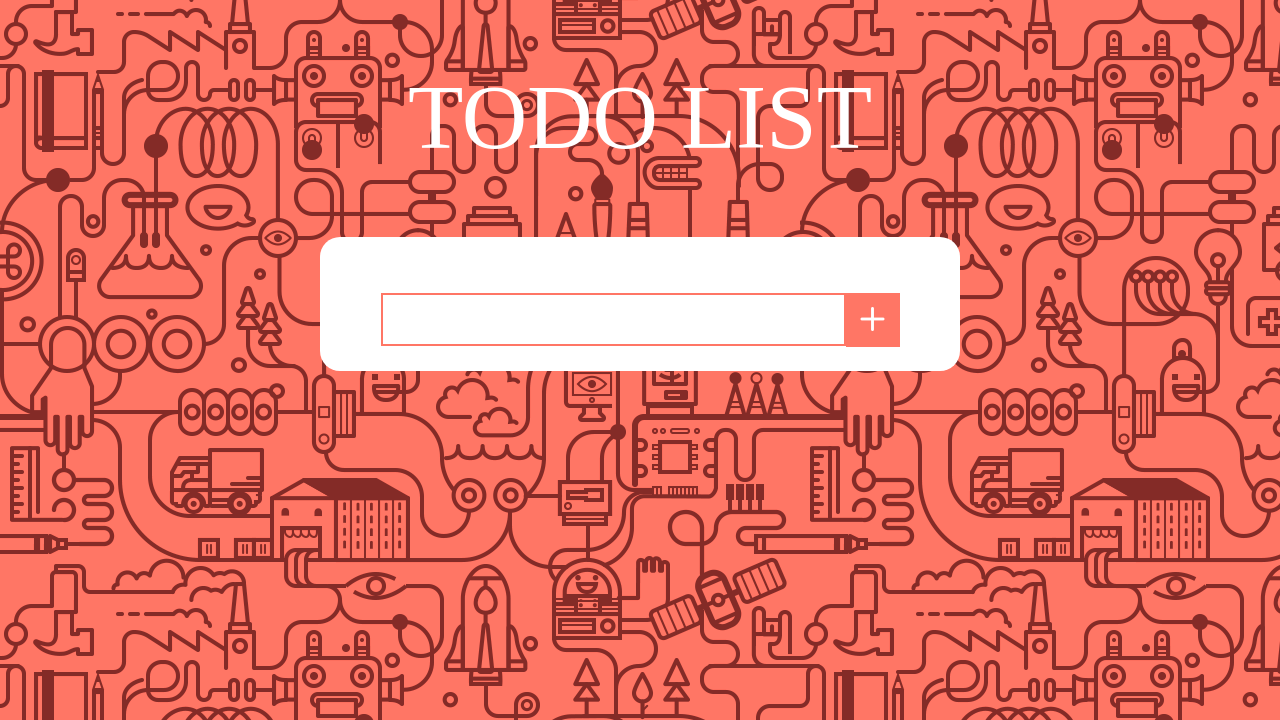
Repository: zum281/todo-list
Page: index.html
The author's editor kept a copy of each file at every save. The page is drawn from the files as they stood at one save, then again after the next save.
The browser window is 1280 px wide. The pictures show the whole page.
Some web fonts or font styles are not loaded; a fallback is used. Some web libraries are served in a nearby version. The style sheet was rebuilt from its Sass, Less or Tailwind sources for each picture, by a compiler version that may differ from the author's.

Above is the page before, as saved 2021-03-05 17:00:20.

After the next save:
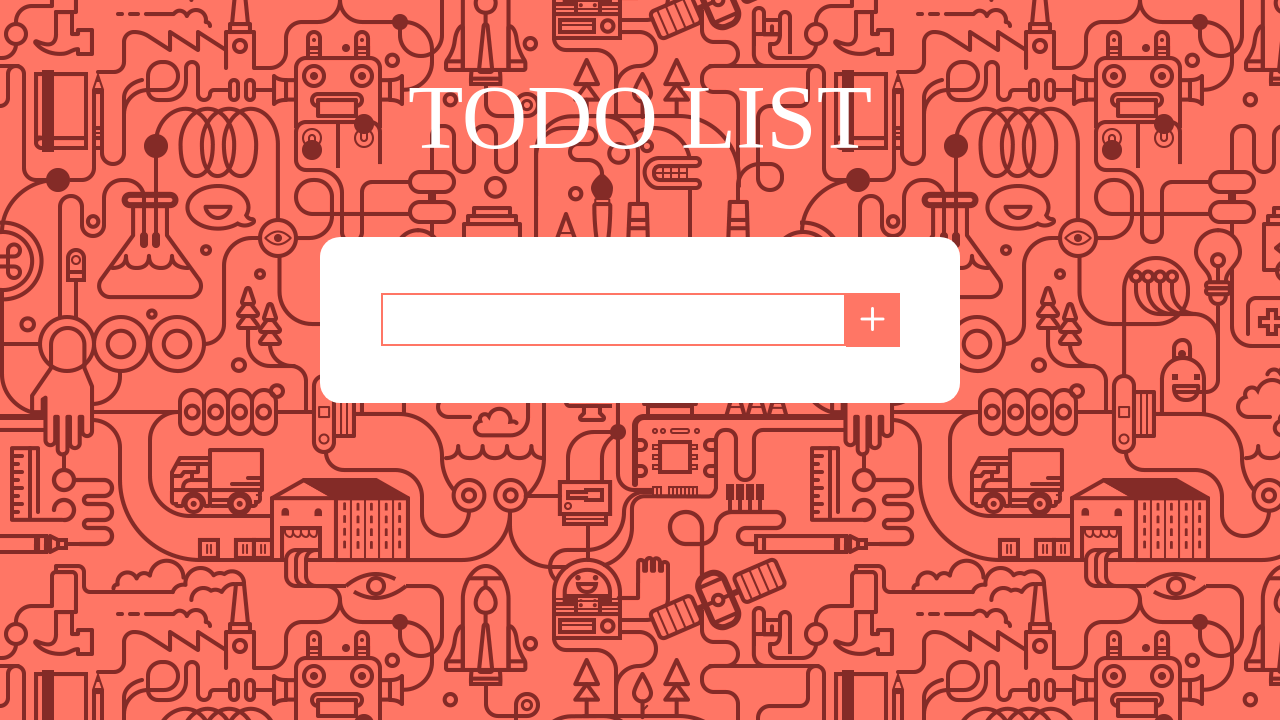
Saved 18 s later.
--- a/sass/main.scss
+++ b/sass/main.scss
@@ -30,8 +30,7 @@ body {
     align-items: center;
     justify-content: space-between;
     margin-top: 1rem;
-    padding: 1.5rem;
-    padding-top: 3.5rem;
+    padding: 3.5rem 1.5rem;
     max-width: 50%;
     border-radius: 20px;
     background-color: #fff;
